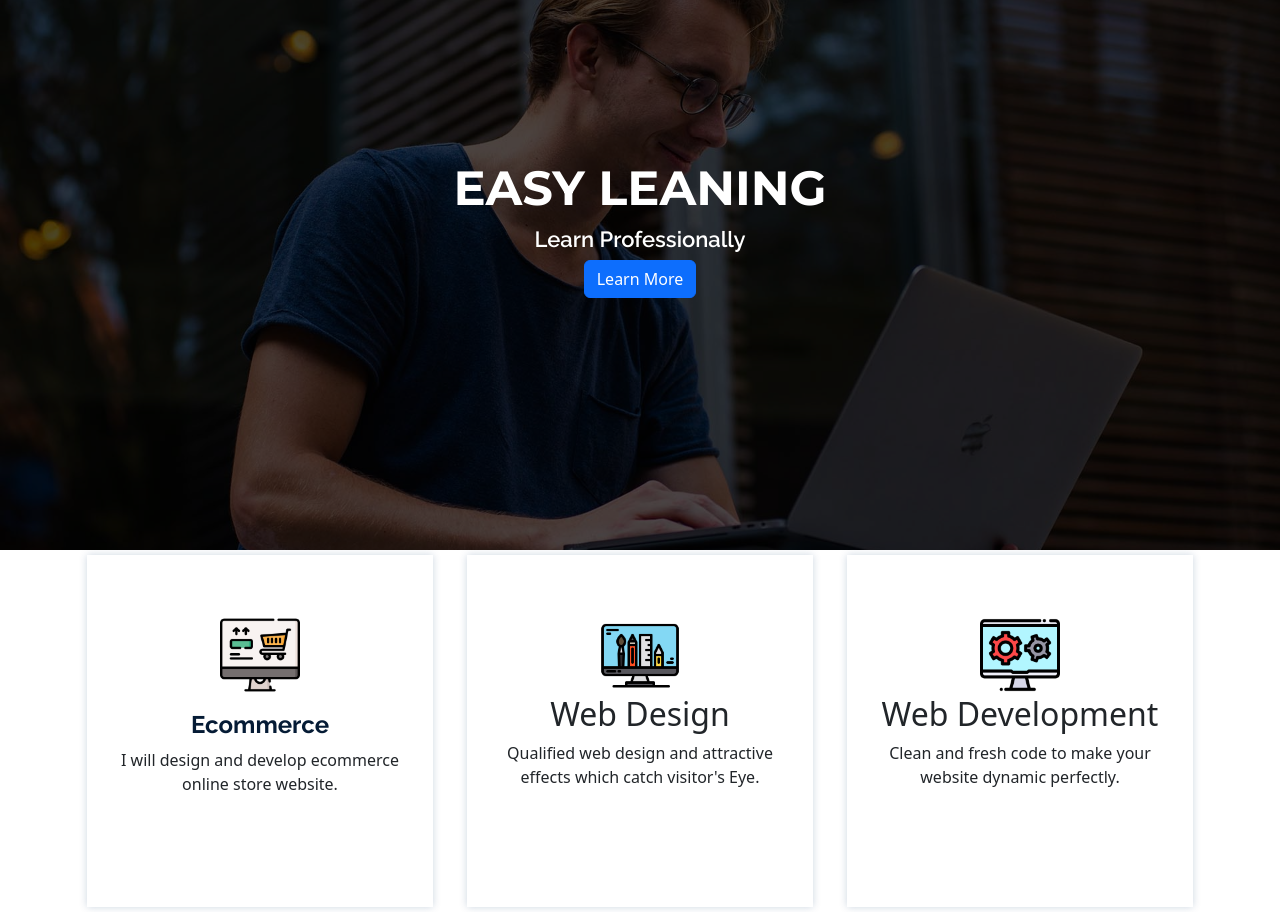
Repository: masamichan/free_video_app
Page: /
These files come from the project's save history. The page is drawn as it stood at one moment and after the next save; the edit follows.
The browser window is 1280 px wide. The pictures show the whole page.
Backgrounds fixed to the window are drawn as part of the page. The project was rebuilt for these pictures with package versions that can differ from the ones it lists, and the page was loaded fresh each time.

Above is the page before, as saved 2023-01-22 12:14:05.

### public/index.html
<!DOCTYPE html>
<html lang="en">
  <head>
    <meta charset="utf-8" />
    <link rel="icon" href="%PUBLIC_URL%/icon.png" />
    <meta name="viewport" content="width=device-width, initial-scale=1" />
    <meta name="theme-color" content="#000000" />
    <meta
      name="description"
      content="Web site created using create-react-app"
    />

    <link rel="manifest" href="%PUBLIC_URL%/manifest.json" />

    <link rel="preconnect" href="https://fonts.googleapis.com">
    <link rel="preconnect" href="https://fonts.gstatic.com" crossorigin>
    <link
      href="https://fonts.googleapis.com/css2?family=Montserrat:wght@400;700;800&family=Raleway:wght@300;400;600;700&display=swap"
      rel="stylesheet">

    <title>Easy Leaning</title>
  </head>
  <body>
    <noscript>You need to enable JavaScript to run this app.</noscript>
    <div style="width: 100%;" id="root"></div>

  </body>
</html>

### src/App.js
import React from "react";
import Services from "./components/Services/Services";
import { TopBanner } from "./components/TopBanner/TopBanner";

function App() {
  return (
    <div>
      <TopBanner />
      <Services />
    </div>
  );
}

export default App;

### src/components/Services/Services.jsx
import React, { Component, Fragment } from "react";
import { Col, Container, Row } from "react-bootstrap";
import designIcon from "../../asset/image/design.png";
import ecommerceIcon from "../../asset/image/ecommerce.png";
import webIcon from "../../asset/image/web.png";

export class Services extends Component {
  render() {
    return (
      <Fragment>
        <Container>
          <Row>
            <Col lg={4} md={6} sm={12}>
              <div className="serviceCard text-center">
                <img className="ecommerceIcon" src={ecommerceIcon} />
                <h2 className="serviceName">Ecommerce</h2>
                <p>I will design and develop ecommerce online store website.</p>
              </div>
            </Col>
            <Col lg={4} md={6} sm={12}>
              <div className="serviceCard text-center">
                <img className="designIcon" src={designIcon} />
                <h2>Web Design</h2>
                <p>
                  Qualified web design and attractive effects which catch
                  visitor's Eye.
                </p>
              </div>
            </Col>
            <Col lg={4} md={6} sm={12}>
              <div className="serviceCard text-center">
                <img className="webIcon" src={webIcon} />
                <h2>Web Development</h2>
                <p>
                  Clean and fresh code to make your website dynamic perfectly.
                </p>
              </div>
            </Col>
          </Row>
        </Container>
      </Fragment>
    );
  }
}

export default Services;

### src/components/TopBanner/TopBanner.jsx
import React, { Component, Fragment } from "react";
import { Button, Col, Container, Row } from "react-bootstrap";
import "../../asset/css/custom.css";
import "../../asset/css/bootstrap.css";

export class TopBanner extends Component {
  render() {
    return (
      <Fragment>
        <Container fluid={true} className="topFixedBanner p-0">
          <div className="topBannerOverlay">
            <Container className="topContent">
              <Row>
                <Col className="text-center">
                  <h1 className="topTitle">EASY LEANING</h1>
                  <h4 className="topSubTitle">Learn Professionally</h4>
                  <Button variant="primary">Learn More</Button>
                </Col>
              </Row>
            </Container>
          </div>
        </Container>
      </Fragment>
    );
  }
}

export default TopBanner;

### src/asset/css/custom.css
.topFixedBanner {
  background-image: url("../image/banner.jpg");
  min-height: 550px;
  background-attachment: fixed;
  background-position: center;
  background-repeat: no-repeat;
  background-size: cover;
}
.topBannerOverlay {
  position: absolute;
  min-height: 550px;
  width: 100%;
  background: rgb(0, 0, 0, 0.7);
}

.topContent {
  margin-top: 10em;
}

.topTitle {
  font-family: "Montserrat", sans-serif;
  font-weight: 700;
  color: #ffffff;
  font-size: 48px;
}

.topSubTitle {
  font-family: "Raleway", san-serif;
  font-weight: 600;
  color: #ffffff;
  font-size: 22px;
}

.ecommerceIcon {
  height: 80px;
  width: 80px;
}

.designIcon {
  height: 80px;
  width: 80px;
}

.webIcon {
  height: 80px;
  width: 80px;
}

.serviceCard {
  margin: 5px 5px 5px 5px;
  height: 22rem;
  padding: 60px 30px 60px 30px;
  box-shadow: 0 0 8px 0 rgb(4, 55, 105, 0.2);
}

.serviceCard:hover {
  margin: 5px 5px 5px 5px;
  height: 22rem;
  padding: 60px 30px 60px 30px;
  box-shadow: 0 0 16px 0 rgb(4, 55, 105, 0.2);
}

.serviceName {
  color: #051b35;
  margin-top: 1rem;
  font-family: "Raleway", sans-serif;
  font-size: 24px;
  font-weight: 700;
}

Loaded but not shown: src/index.js (common file); src/asset/css/bootstrap.css (library)

After the next save:
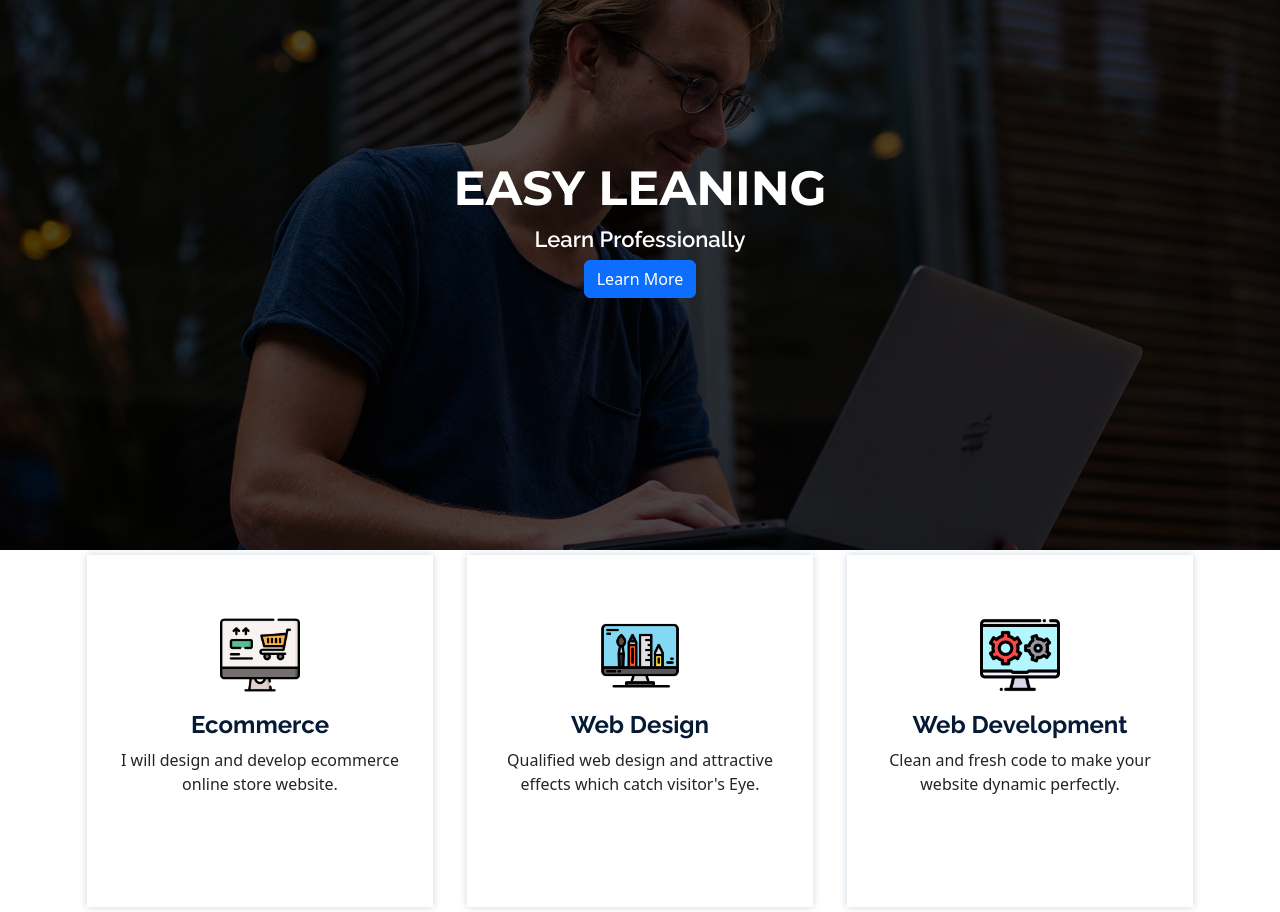
Saved 78 s later.
--- a/src/components/Services/Services.jsx
+++ b/src/components/Services/Services.jsx
@@ -20,7 +20,7 @@ export class Services extends Component {
             <Col lg={4} md={6} sm={12}>
               <div className="serviceCard text-center">
                 <img className="designIcon" src={designIcon} />
-                <h2>Web Design</h2>
+                <h2 className="serviceName">Web Design</h2>
                 <p>
                   Qualified web design and attractive effects which catch
                   visitor's Eye.
@@ -30,7 +30,7 @@ export class Services extends Component {
             <Col lg={4} md={6} sm={12}>
               <div className="serviceCard text-center">
                 <img className="webIcon" src={webIcon} />
-                <h2>Web Development</h2>
+                <h2 className="serviceName">Web Development</h2>
                 <p>
                   Clean and fresh code to make your website dynamic perfectly.
                 </p>
